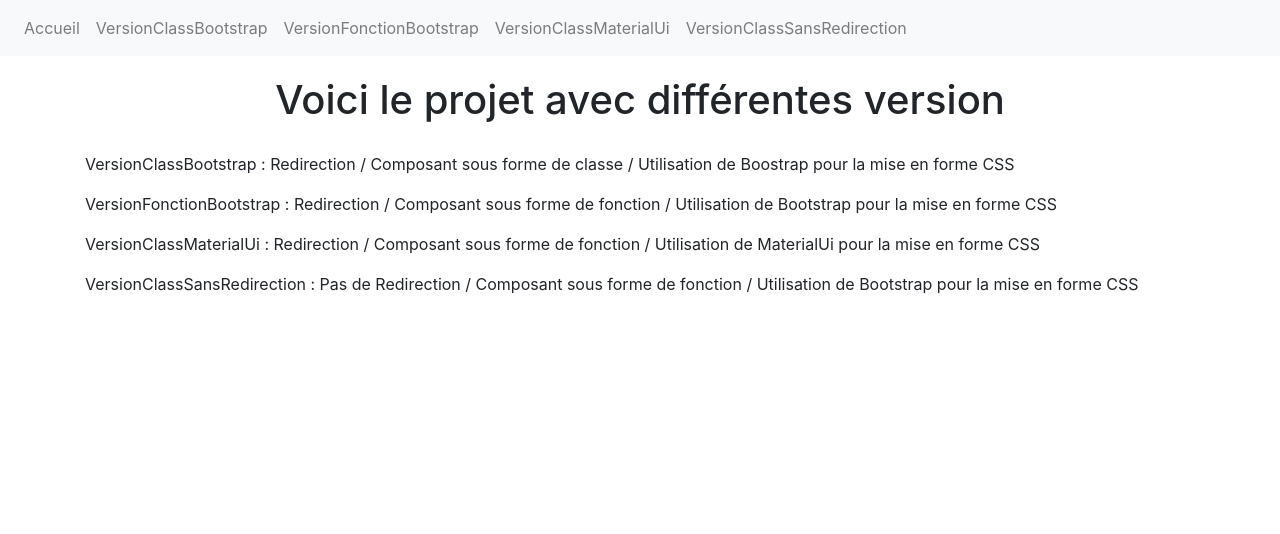
Repository: LudovicB21/CountryTest
Page: /
The author's editor kept a copy of each file at every save. The page is drawn from the files as they stood at one save, then again after the next save.
The browser window is 1280 px wide. The pictures show the whole page.
The project was rebuilt for these pictures with package versions that can differ from the ones it lists, and the page was loaded fresh each time. Also part of the build but not shown: src/components/VersionClassBootstrap/ListPays.components.js, src/components/VersionClassMaterialUi/ListPays.components.js, src/components/VersionFonctionBoostrap/ListPays.components.js, src/components/VersionSansRedirection/ListPays.component.js, src/components/VersionClassBootstrap/InfoPays.components.js, src/components/VersionClassMaterialUi/InfoPays.components.js, src/components/VersionFonctionBoostrap/InfoPays.components.js.

Above is the page before, as saved 2020-10-29 13:24:25.

After the next save:
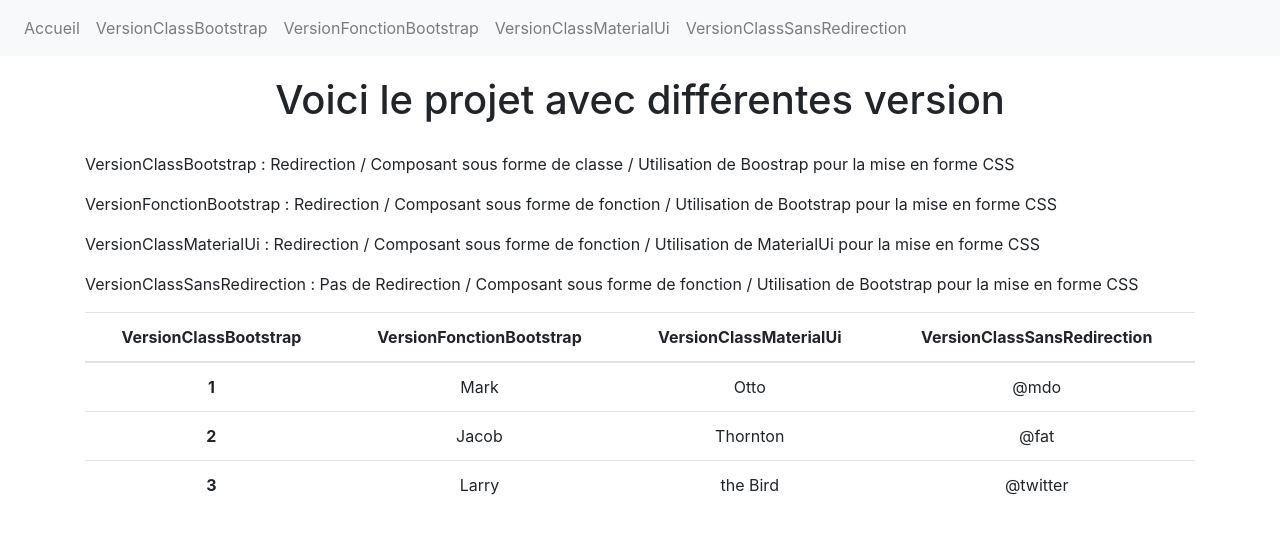
Saved 68 s later.
--- a/src/components/Accueil.js
+++ b/src/components/Accueil.js
@@ -27,6 +27,36 @@ class Accueil extends Component {
                         / Utilisation de Bootstrap pour la mise en forme CSS {"\n"}
                     </p>
                 </div>
+                <table class="table">
+                    <thead>
+                        <tr>
+                        <th scope="col">VersionClassBootstrap</th>
+                        <th scope="col">VersionFonctionBootstrap</th>
+                        <th scope="col">VersionClassMaterialUi</th>
+                        <th scope="col">VersionClassSansRedirection</th>
+                        </tr>
+                    </thead>
+                    <tbody>
+                        <tr>
+                        <th scope="row">1</th>
+                        <td>Mark</td>
+                        <td>Otto</td>
+                        <td>@mdo</td>
+                        </tr>
+                        <tr>
+                        <th scope="row">2</th>
+                        <td>Jacob</td>
+                        <td>Thornton</td>
+                        <td>@fat</td>
+                        </tr>
+                        <tr>
+                        <th scope="row">3</th>
+                        <td>Larry</td>
+                        <td>the Bird</td>
+                        <td>@twitter</td>
+                        </tr>
+                    </tbody>
+                    </table>
             </div>
         )
     }
